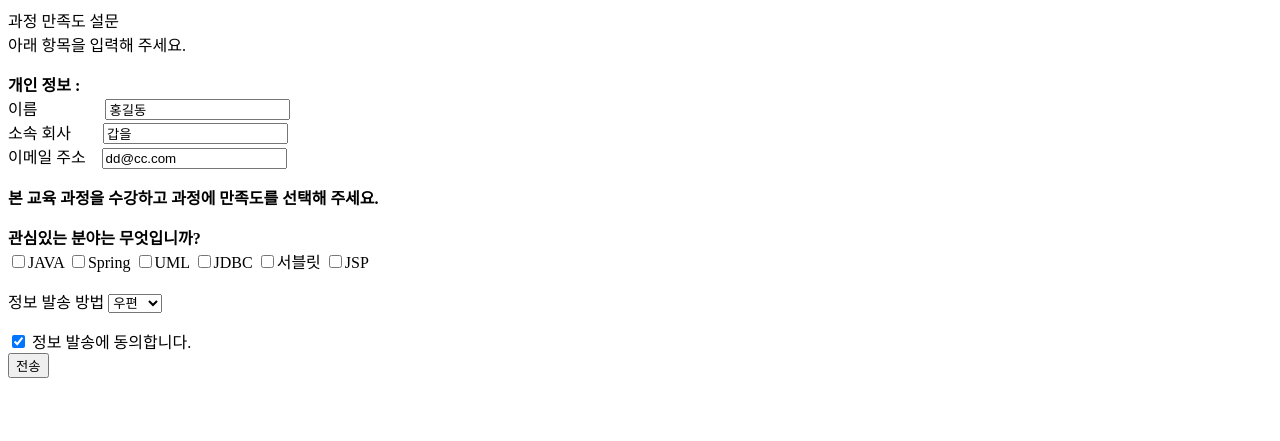
Repository: uj06134/Metabuild_JSP
Page: http://localhost/12_DB_Survey/insertForm.jsp
These files come from the project's save history. The page is drawn as it stood at one moment and after the next save; the edit follows.
The browser window is 1280 px wide. The pictures show the whole page.
The page is served by Tomcat 9.

Above is the page before, as saved 2025-09-18 02:37:13.

After the next save:
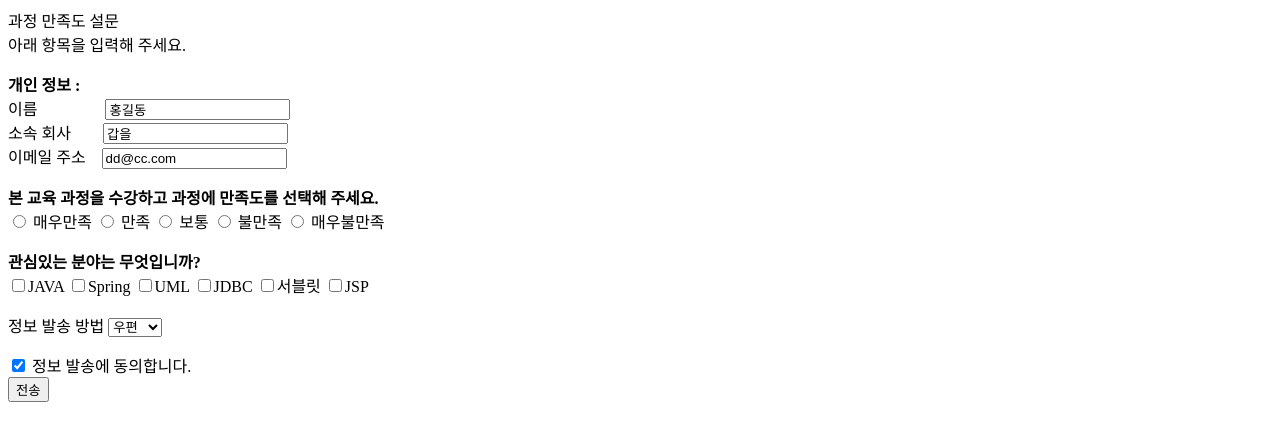
Saved 48 s later.
--- a/12_DB_Survey/src/main/webapp/insertForm.jsp
+++ b/12_DB_Survey/src/main/webapp/insertForm.jsp
@@ -27,7 +27,9 @@
 	<input type="radio" name = "satisfaction" value="보통">보통
 	<input type="radio" name = "satisfaction" value="불만족">불만족
 	<input type="radio" name = "satisfaction" value="매우불만족">매우불만족  -->
-
+	<c:forEach var="sf" items="<%=satisfaction%>">
+    <input type="radio" name="satisfaction" value="${sf}"> ${sf}</input>
+    </c:forEach>
 	<p>
 	<b>관심있는 분야는 무엇입니까?</b><br>
 
